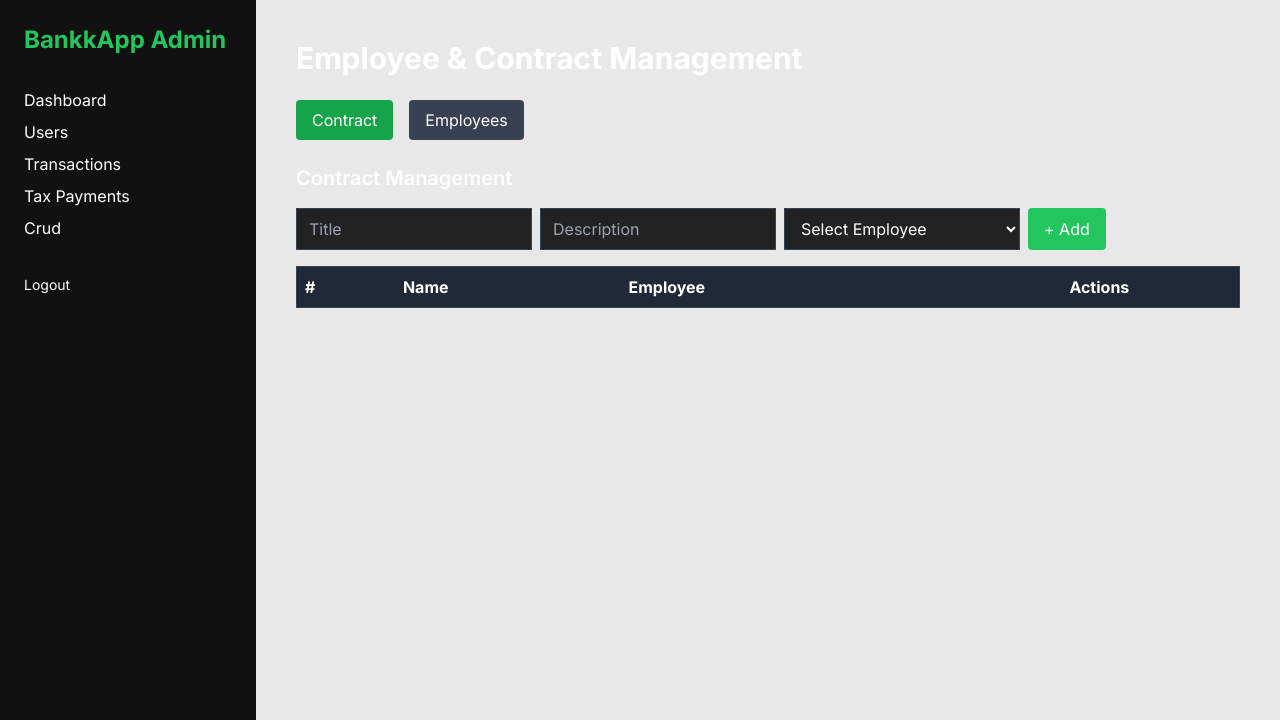
Repository: EraGashii/bnk_team
Page: /admin/crud (app in bnk/)
These files come from the project's save history. The page is drawn as it stood at one moment and after the next save; the edit follows.
The browser window is 1280 px wide. The pictures show the whole page.
The page's requests for data from a server got no answer. The project was rebuilt for these pictures with package versions that can differ from the ones it lists, and the page was loaded fresh each time. The framework's server and built-in components were replaced by stand-ins that run in the browser. No one was signed in, and anything a server would have sent is missing. Also part of the build but not shown: bnk/next.config.mjs.

Above is the page before, as saved 2025-05-07 22:52:16.

After the next save:
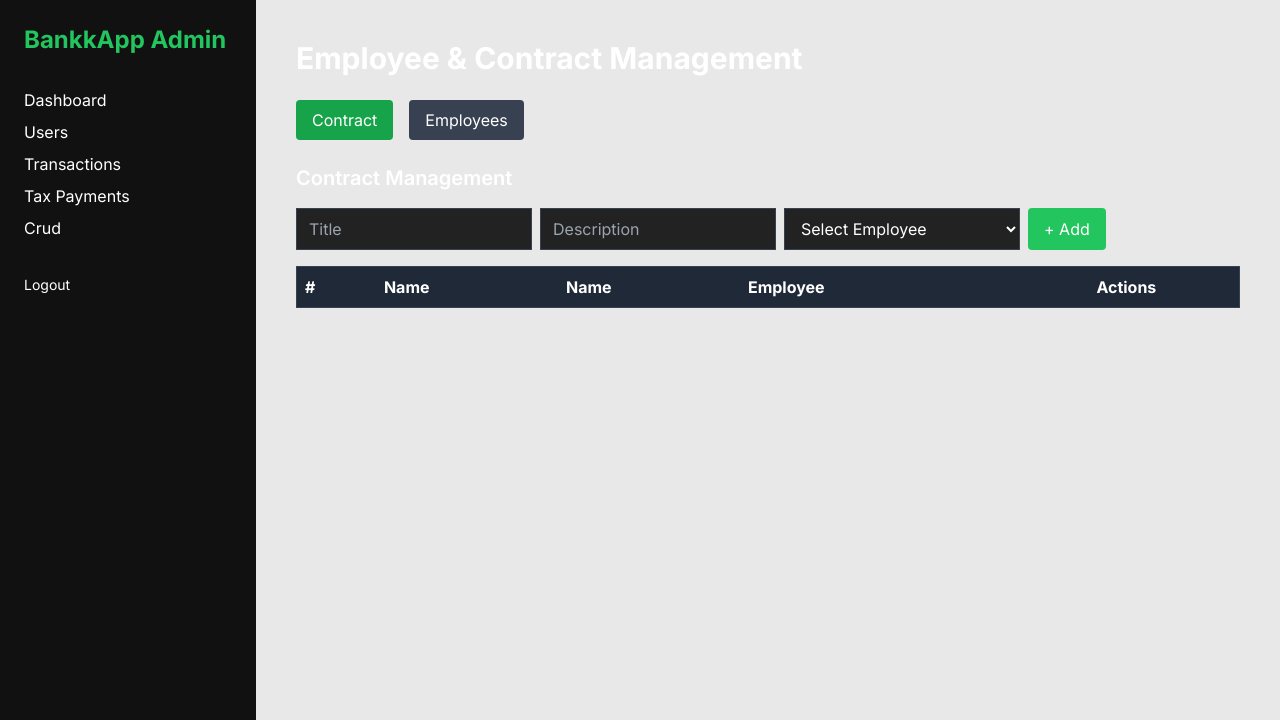
Saved 103 s later.
--- a/bnk/app/admin/crud/page.tsx
+++ b/bnk/app/admin/crud/page.tsx
@@ -141,7 +141,7 @@ const EmployeeContractManager: React.FC = () => {
                   <th className="p-2 text-left">#</th>
 
                   <th className="p-2 text-left"> Name</th>
-
+                  <th className="p-2 text-left"> Name</th>
                   <th className="p-2 text-left">Employee</th>
                   <th className="p-2 text-center">Actions</th>
                 </tr>
